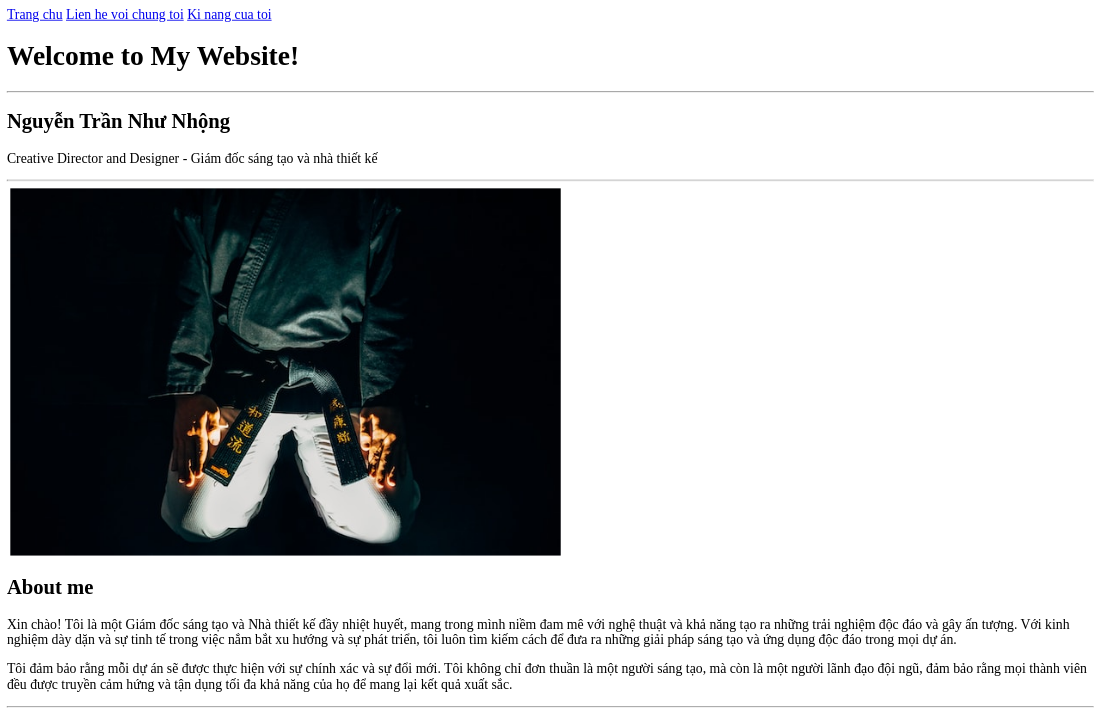
Repository: bachphamudu/index-ontap1
Page: index.html
These files come from the project's save history. The page is drawn as it stood at one moment and after a run of saves; the edit follows.
The browser window is 1280 px wide. The pictures show the whole page, at 86% of full size.

Above is the page before, as saved 2026-10-16 07:27:48.

After the next 2 saves:
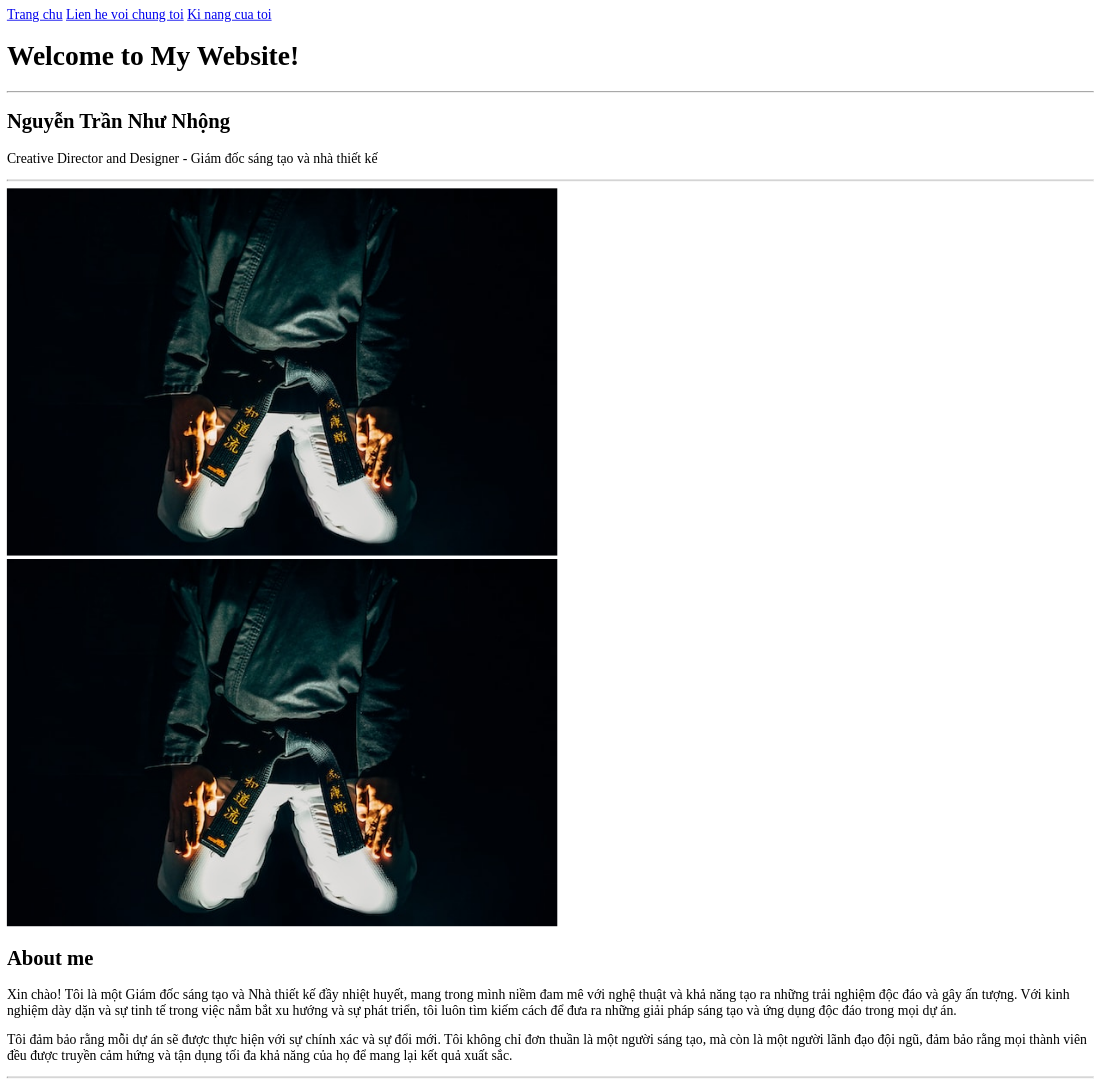
The 2 saves are shown as one change because they came seconds apart.
The last was saved 7 s later.
--- a/index.html
+++ b/index.html
@@ -24,7 +24,7 @@
     <hr>
 
     <!-- Thêm hình ảnh tuhoc.cc.jpg và khi click chuột sẽ điều hướng đến contact.html  -->
-    <a href="./more-info/contact.html"><img src="./" alt=""></a>
+    <a href="./more-info/contact.html"><img src="./assets/images/tuhoc.cc.jpg" alt=""></a>
     <img src="./assets/images/tuhoc.cc.jpg" alt="nhan vao la dinh" >
     <a href="./more-info/contact.html"></a>
     <h2>About me</h2>
